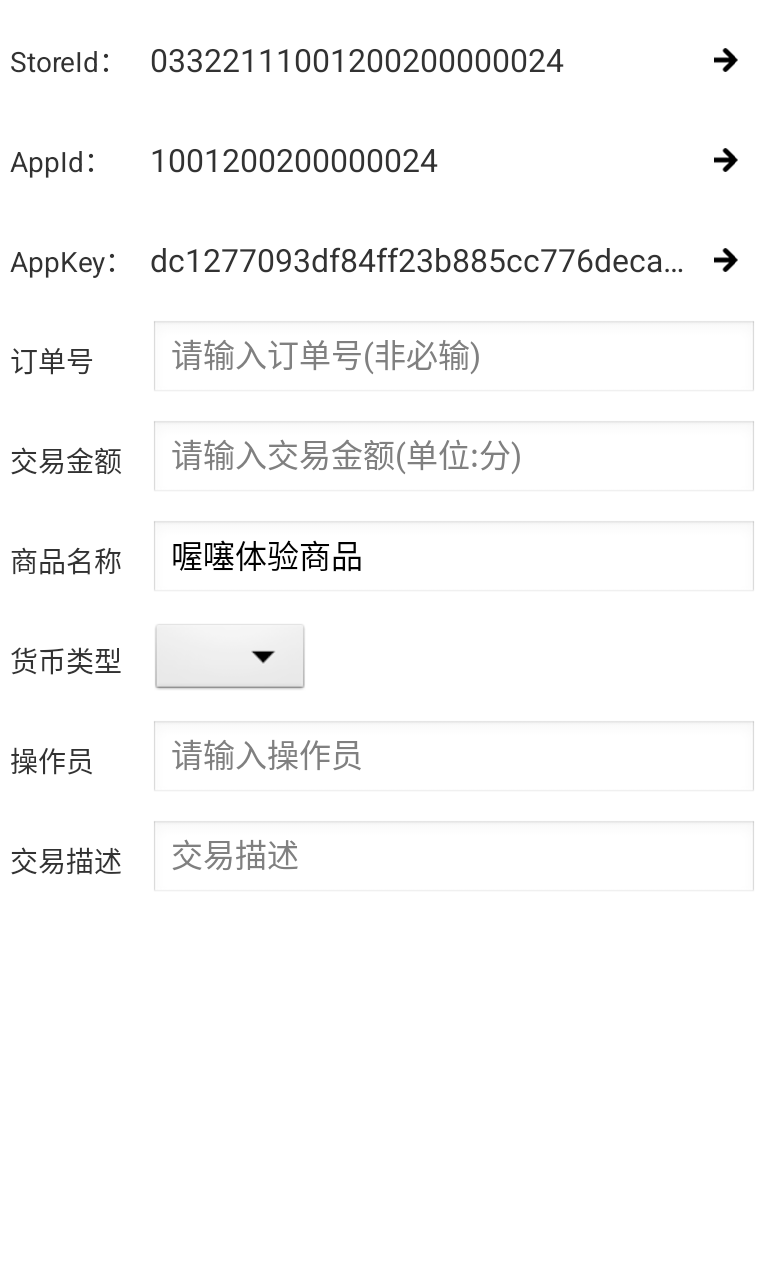
Repository: blanks1314/sysnc_android
Layout: UpayDemo/res/layout/fragment_setting.xml
These files come from the project's save history. The layout is drawn as it stood at one moment and after the next save; the edit follows.
It is drawn on a 768 x 1280 px phone screen (xhdpi) without system bars, with theme AppTheme; the app's code is not run.

Above is the layout before, as saved 2015-04-28 05:53:04.

After the next save:
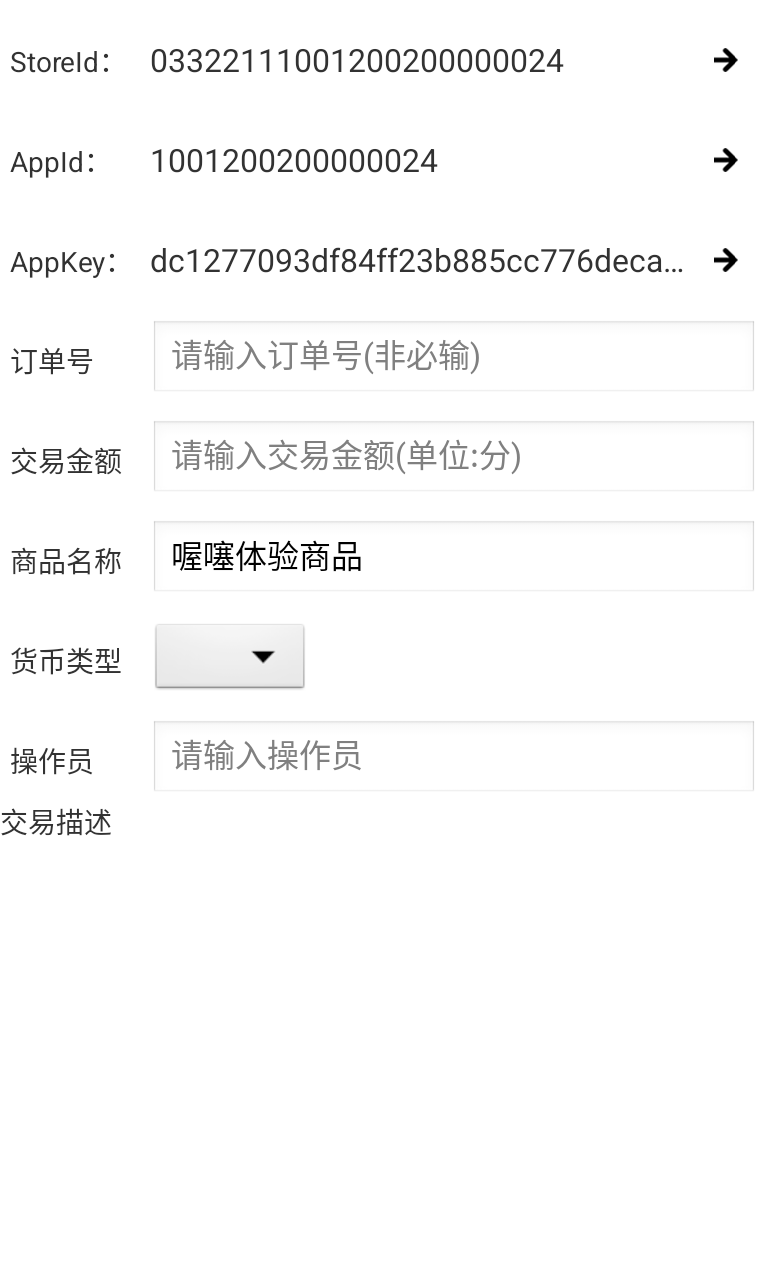
Saved 9 s later.
--- a/UpayDemo/res/layout/fragment_setting.xml
+++ b/UpayDemo/res/layout/fragment_setting.xml
@@ -126,7 +126,6 @@
 
     </LinearLayout>
 
-    <LinearLayout style="@style/linear_style_1" >
 
         <TextView
             android:layout_width="70dp"
@@ -138,7 +137,6 @@
             style="@style/edit_style_1"
             android:hint="交易描述"/>
 
-    </LinearLayout>
 
 
 
